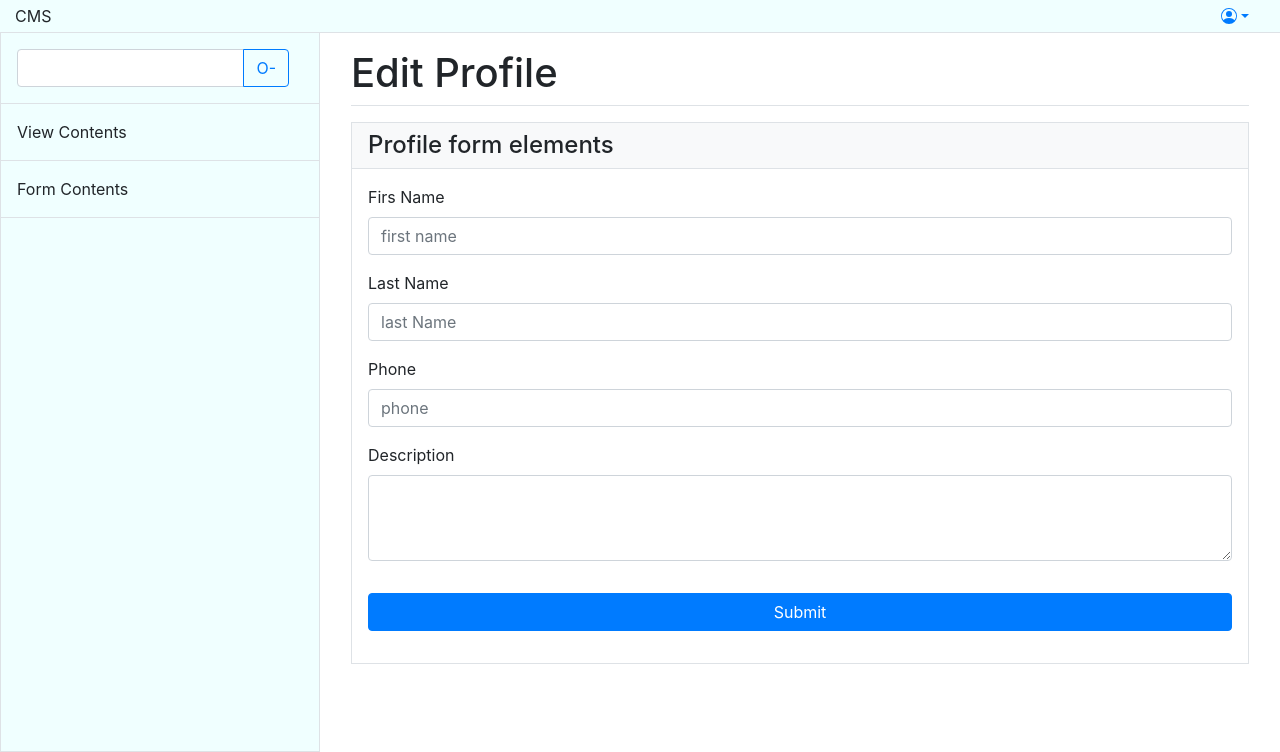
Repository: Thiuannh/springboot
Page: http://localhost/JACKMVC/WEB-INF/views/home.jsp
The author's editor kept a copy of each file at every save. The page is drawn from the files as they stood at one save, then again after the next save.
The browser window is 1280 px wide. The pictures show the whole page.
The page is served by Tomcat 9. Nobody is signed in. The template is opened directly, without the code that normally fills it, so the values that code supplies are empty.

Above is the page before, as saved 2022-11-21 18:00:27.

After the next save:
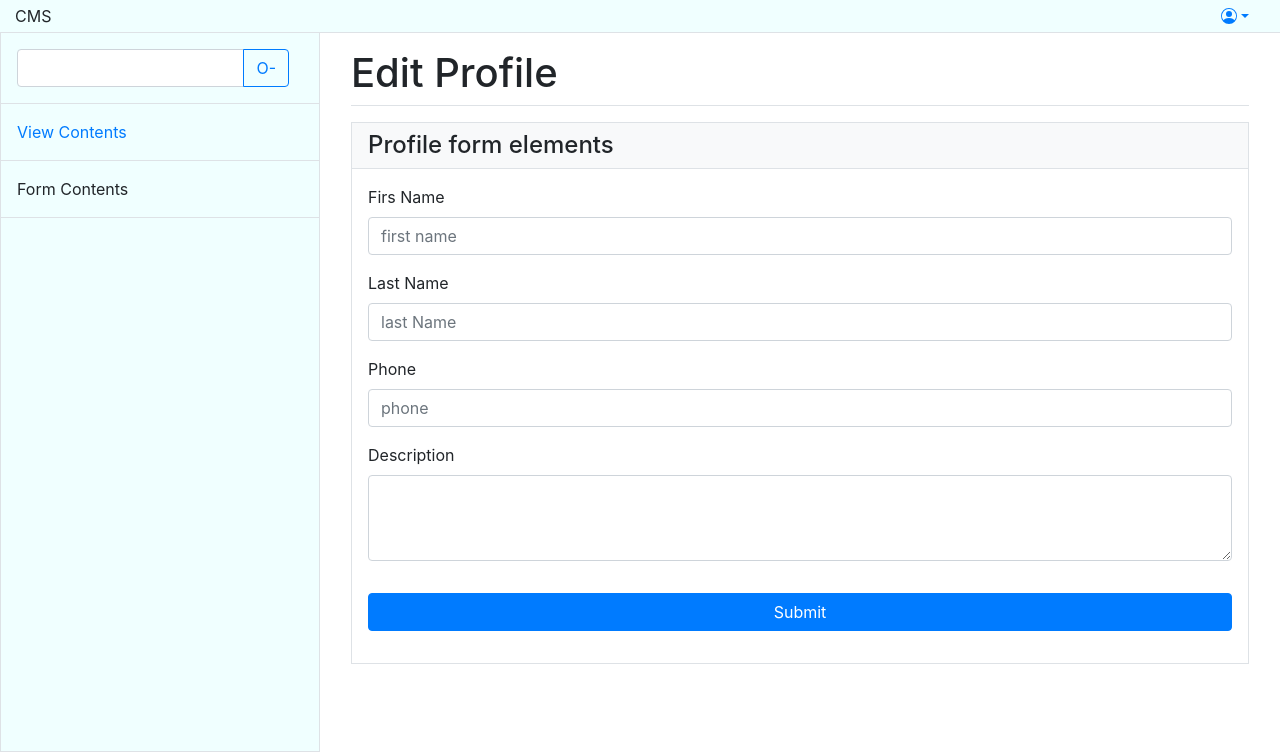
Saved 3 min 52 s later.
--- a/JACKMVC/src/main/webapp/WEB-INF/views/home.jsp
+++ b/JACKMVC/src/main/webapp/WEB-INF/views/home.jsp
@@ -61,8 +61,9 @@
 								O-</button>
 						</div>
 					</div>
-					<div class="row view-contents py-3 pl-3 border-bottom border-top">
-						View Contents</div>
+					<a href="http://webcoban.vn"><div class="row view-contents py-3 pl-3 border-bottom border-top">
+						View Contents</div></a>
+
 					<div class="row form-contents py-3 pl-3 border-bottom">Form
 						Contents</div>
 				</div>
